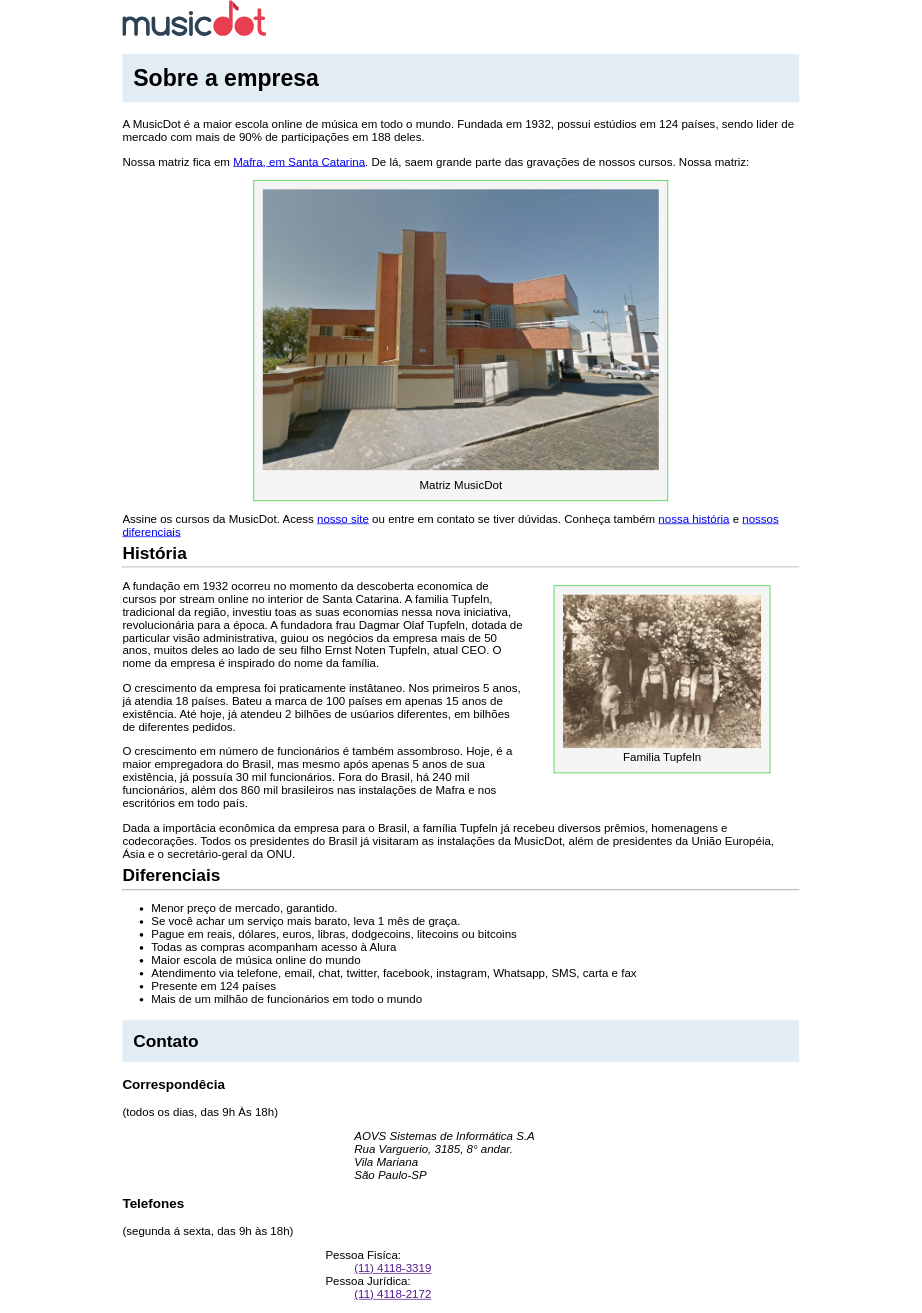
Repository: EmanuelUrbano/introducao_a_tecnologias
Page: 05_04_22/trabalho/projeto-musicdot/sobre.html
These files come from the project's save history. The page is drawn as it stood at one moment and after the next save; the edit follows.
The browser window is 1280 px wide. The pictures show the whole page, at 72% of full size.

Above is the page before, as saved 2022-05-23 18:44:54.

After the next save:
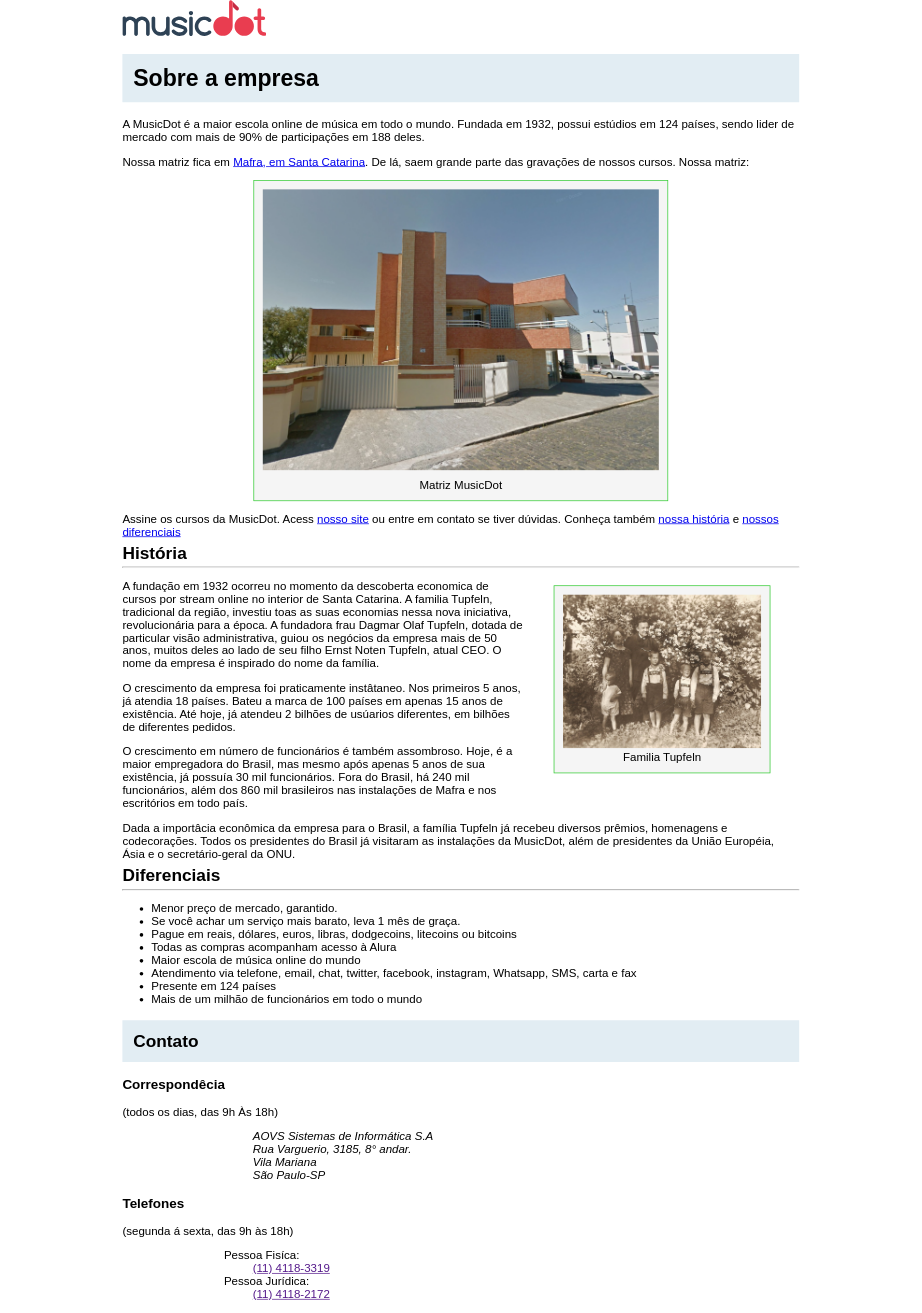
Saved 18 s later.
--- a/05_04_22/trabalho/projeto-musicdot/sobre.css
+++ b/05_04_22/trabalho/projeto-musicdot/sobre.css
@@ -44,5 +44,5 @@
 }
 
 dl{
-    margin-left: 30%;
+    margin-left: 15%;
 }
